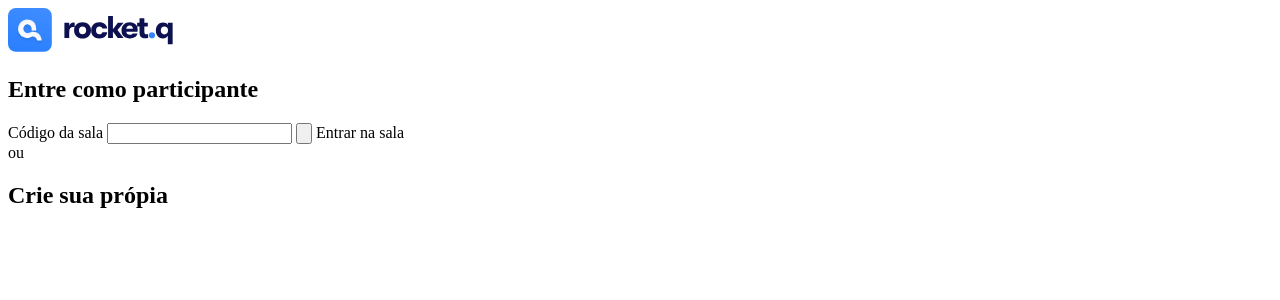
Repository: frnndlima/rocket.q
Page: home.html
The author's editor kept a copy of each file at every save. The page is drawn from the files as they stood at one save, then again after the next save.
The browser window is 1280 px wide. The pictures show the whole page.

Above is the page before, as saved 2021-08-30 14:00:14.

### home.html
<!DOCTYPE html>
  <head>
    <title>Criar Sala - Rocket.Q</title>
  </head>
  <body>
    <header>
      <img src="public/images/logo.svg" alt="rocket.q logo"/>
    </header>

    <main>
      <div class="container">
        <section>
          <h2>Entre como participante</h2>
          <form>
            <label for="room-id" class="sr-only">Código da sala</label>
            <input type="text" id="room-id" />
            <input type="button" /> Entrar na sala
          </form>
        </section>

        <div class="separator">
          <div></div>
          <div>ou</div>
          <div></div>
        </div>

        <section>
          <h2>Crie sua própia</h2>
        </section>
      </div>
    </main>
  </body>

</html>

After the next save:
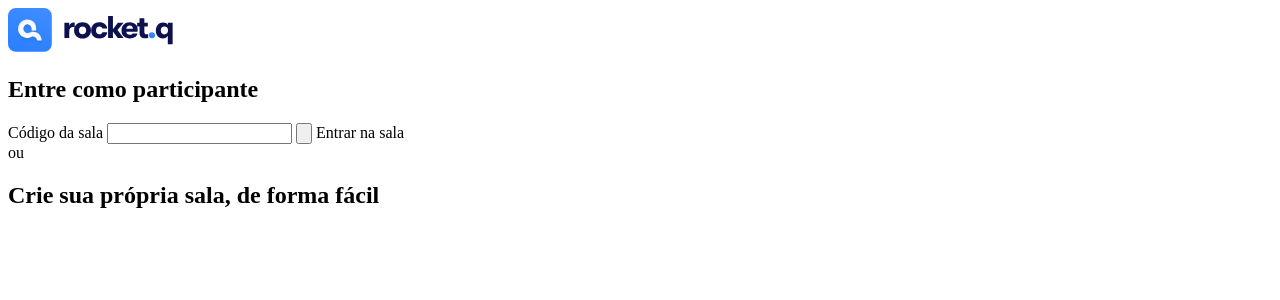
Saved 7 s later.
--- a/home.html
+++ b/home.html
@@ -25,7 +25,7 @@
         </div>
 
         <section>
-          <h2>Crie sua própia</h2>
+          <h2>Crie sua própria sala, de forma fácil</h2>
         </section>
       </div>
     </main>
